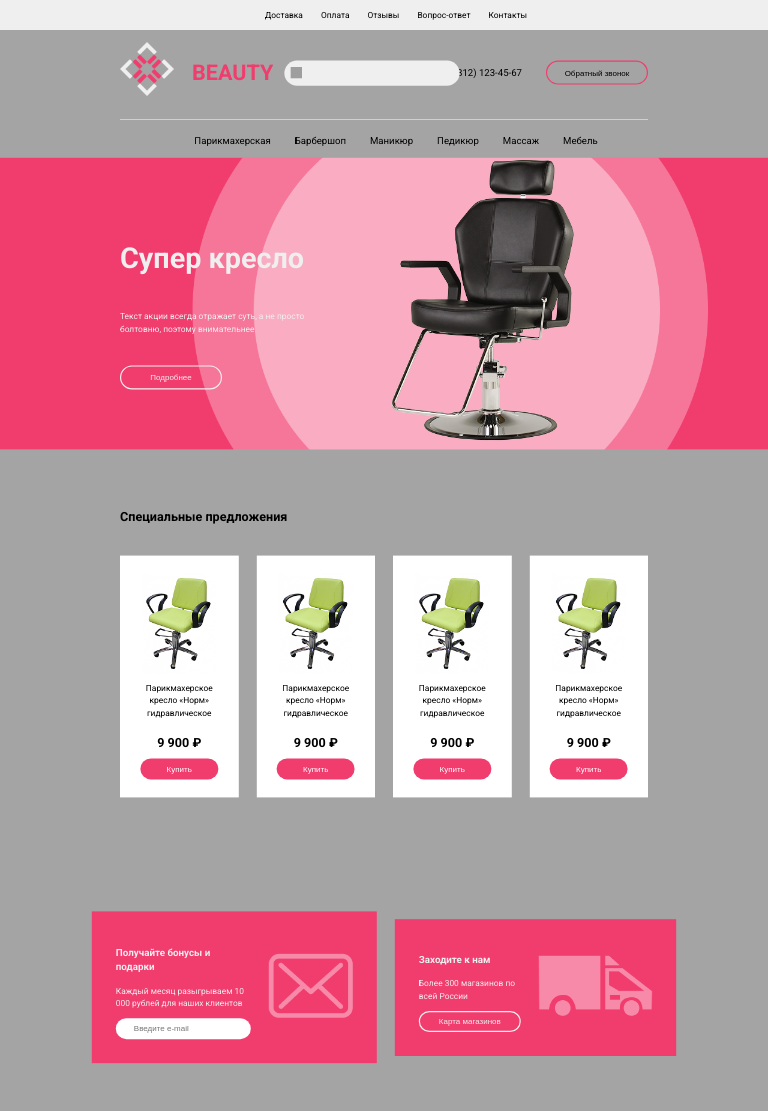
Repository: savannaaaas/verstka
Page: index.html
An editor plug-in stored every save of this project. The page is shown before and after the next save, followed by the edit.
The browser window is 1280 px wide. The pictures show the whole page, at 60% of full size.
Pictures or frames that could not be fetched are drawn as grey boxes. Some web fonts or font styles are not loaded; a fallback is used.

Above is the page before, as saved 2025-04-16 12:50:58.

### index.html
<!DOCTYPE html>
<html lang="en">
<head>
    <meta charset="UTF-8">
    <meta name="viewport" content="width=device-width, initial-scale=1.0">
    <title>Figma</title>
    <link rel="preconnect" href="https://fonts.googleapis.com">
    <link rel="preconnect" href="https://fonts.gstatic.com" crossorigin>
    <link href="https://fonts.googleapis.com/css2?family=Istok+Web:ital,wght@0,400;0,700;1,400;1,700&family=Italiana&family=Jura:wght@300..700&family=Roboto:ital,wght@0,100..900;1,100..900&display=swap" rel="stylesheet">
    <link rel="stylesheet" href="style.css">
</head>
<body>
    <div class="content">
        <div class="top-line">
            <ul>
                <li>Доставка</li>
                <li>Оплата</li>
                <li>Отзывы</li>
                <li>Вопрос-ответ</li>
                <li>Контакты</li>
            </ul>
        </div>
        <div class="second-line">
            <div class="second-line-content">
                <div class="logo">
                    <img alt="logo" src="logo.png">
                    <h1>BEAUTY</h1>
                </div>
            <div class="search">
                <input class="search">
                <img alt="search" src="search.png">
            </div>
            <div class="contact">
                <p>8 (812) 123-45-67</p>
                <button>Обратный звонок</button>
            </div>
        </div>
            <hr class="line">
            <div class="service">
                <ul>
                    <li>Парикмахерская</li>
                    <li>Барбершоп</li>
                    <li>Маникюр</li>
                    <li>Педикюр</li>
                    <li>Массаж</li>
                    <li>Мебель</li>
                </ul>
            </div>
        </div>
        <div class="sale">
            <div class="text-armchair">
                <h1>Супер кресло</h1>
                <p>Текст акции всегда отражает суть, а не просто болтовню, поэтому внимательнее</p>
                <button>Подробнее</button>
            </div>
            <img class="elipse1" alt="elipse" src="elipse1.png">
            <img class="elipse2" alt="elipse" src="ellipse2.png">
            <img class="chair" alt="chair" src="armchairs.png">
        </div>
        <div class="goods">
            <h2>Специальные предложения</h2>
            <div class="armChairsGreen">
                <div class="armchair1">
                    <img alt="armchair" src="greenArmchair.png">
                    <p class="text-greenArmchair">Парикмахерское кресло «Норм» гидравлическое</p>
                    <h3>9 900 ₽</h3>
                    <button>Купить</button>
                </div>
                <div class="armchair2">
                    <img alt="armchair" src="greenArmchair.png">
                    <p class="text-greenArmchair">Парикмахерское кресло «Норм» гидравлическое</p>
                    <h3>9 900 ₽</h3>
                    <button>Купить</button>
                </div>
                <div class="armchair3">
                    <img alt="armchair" src="greenArmchair.png">
                    <p class="text-greenArmchair">Парикмахерское кресло «Норм» гидравлическое</p>
                    <h3>9 900 ₽</h3>
                    <button>Купить</button>
                </div>
                <div class="armchair4">
                    <img alt="armchair" src="greenArmchair.png">
                    <p class="text-greenArmchair">Парикмахерское кресло «Норм» гидравлическое</p>
                    <h3>9 900 ₽</h3>
                    <button>Купить</button>
                </div>
            </div>

        </div>
        <div class="subscribe">
            <div class="subscribe1">
                <div class="bonus">
                    <h3>Получайте бонусы и подарки</h3>
                    <p>Каждый месяц разыгрываем 10 000 рублей для наших клиентов</p>
                    <input placeholder="Введите e-mail">
                </div>
                <div>
                    <img alt="envelope" src="envelope.png">
                </div>
            </div>
            <div class="subscribe2">
                <div class="bonus">
                    <h3>Заходите к нам</h3>
                    <p>Более 300 магазинов по всей России</p>
                    <button>Карта магазинов</button>
                </div>
                <div>
                    <img alt="car" src="car.png">
                </div>
            </div>
        </div>
        <div class="brands"></div>

    </div>
</body>
</html>

### style.css
body {
    min-height: 100vh;
    max-width: 1920px;
    margin: 0 auto;
    scroll-behavior: smooth;
    text-rendering: optimizeSpeed;
    line-height: 1.5;
    padding: 0;
    font-family: "Roboto", sans-serif;
    font-weight: 400;
    font-style: normal;
    font-size: 14px;
    background-color: #a5a4a4;

  }
  .top-line{
    display: flex;
    background-color: #EFEFEF;
    height: 50px;
    align-items: center;
    justify-content: center;

  }
   .top-line ul{
    display: flex;
    list-style: none;
    flex-wrap: nowrap;
    gap: 30px;
   }
   .second-line{
    display: flex;
    margin: 0 auto;
    align-items: center;
    flex-direction: column;
    padding: 0px 200px;

   }
   .second-line-content{
    width: 100%;
    height: 100%;
    display: flex;
    margin: 0 auto;
    align-items: center;
  justify-content: space-between;
  padding: 20px 0;
   }

.logo{
    display: flex;
    flex-wrap: nowrap;
    gap: 30px;
   }
.logo img{
    width: 90px;
    height: 90px;
}
 .logo h1{
    font-size: 36px;
    color: #F13C6E;
   }

   .search {
    position: relative;
    width: 250px;
    height: 40px;
  }

  .search input {
    border-radius: 40px;
    width: 100%;
    height: 100%;
    border: none;
    background-color: #EFEFEF;
    padding-left: 40px;
  }

  .search img {
    position: absolute;
    left: 10px;
    top: 50%;
    transform: translateY(-50%);
    width: 20px;
    height: 20px;
    pointer-events: none;
  }
  .contact{
    display: flex;
    gap: 40px;
    align-items: center;

  }
  .contact p{
    font-size: 16px;
  }
  .contact button{
    width: 170px;
    height: 40px;
    border: 2px solid #F13C6E;
    border-radius: 40px;
    background: transparent;
  }
hr{
    width: 100%;
    border: none;
    border-top: 1px solid #EFEFEF;
}
.service ul{
    display: flex;
    list-style: none;
    flex-wrap: nowrap;
    gap: 40px;
    font-size: 16px;
   }
   .sale{
    display: flex;
    position: relative;
    background-color: #F13C6E;
    justify-content: space-between;
    align-items: center;
    padding: 100px 200px;
    /**/
    overflow: hidden;
   }

   .elipse1 {
    position: absolute;
    right: 100px;
    top: 50%;
    transform: translateY(-50%);
    z-index: 0;
  }

  .elipse2 {
    position: absolute;
    right: 180px;
    top: 50%;
    transform: translateY(-50%);
    z-index: 1;
  }

  .chair {
    position: absolute;
    right: 180px;
    top: 50%;
    transform: translateY(-50%);
    z-index: 2;
  }

  .text-armchair {
    z-index: 3;
    max-width: 350px;
    color: #EFEFEF;
  }

   .text-armchair h1{
    font-size: 48px;
    color: #EFEFEF;
   }
   .text-armchair p{
    font-size: 14px;
    color: #EFEFEF;
    margin: 50px 0;
   }
   .text-armchair button{
    width: 170px;
    height: 40px;
   background: transparent;
   border-radius: 40px;
   border: 2px solid #EFEFEF;
   color: #EFEFEF;
   }
   .goods{
    padding: 80px 200px ;
   }
   .armChairsGreen{
   display: flex;
   justify-content: center;
   align-items: center;
   flex-direction: row;
   gap: 30px;
   padding: 30px 0px;
   }
   .armchair1, .armchair2, .armchair3, .armchair4{
    display: flex;
    justify-content: center;
    align-items: center;
    flex-direction: column;
    text-align: center;
    padding: 30px;
    background-color: #ffffff;
   }
   .armchair1 button, .armchair2 button, .armchair3 button, .armchair4 button{
   width: 130px;
   height: 35px;
   border: none;
   background-color: #F13C6E;
   color: #FFFFFF;
   border-radius: 30px;
   }
   .armchair1 h3, .armchair2 h3, .armchair3 h3, .armchair4 h3{
   font-size: 21px;
margin: 10px;
    }
    .subscribe{
        display: flex;
        padding: 80px 200px ;
        flex-direction: row;
        align-items: center;
        justify-content: center;
        gap: 30px;
    }
    .subscribe1, .subscribe2{
        display: flex;
        background-color: #F13C6E;
        padding: 40px;
        flex-direction: row;
        color: #EFEFEF;
        box-sizing: border-box;
        gap: 30px;
        align-items: center;
    }
    .bonus input{
        width: 225px;
        height: 35px;
        color: #C4C4C4;
        border: none;
        border-radius: 30px;
        padding: 0 30px;
        box-sizing: border-box;
    }
    .bonus button{
        width: 170px;
        height: 35px;
        border: 2px solid #EFEFEF;
        color: #EFEFEF;
        background-color: transparent;
        border-radius: 40px;
    }

After the next save:
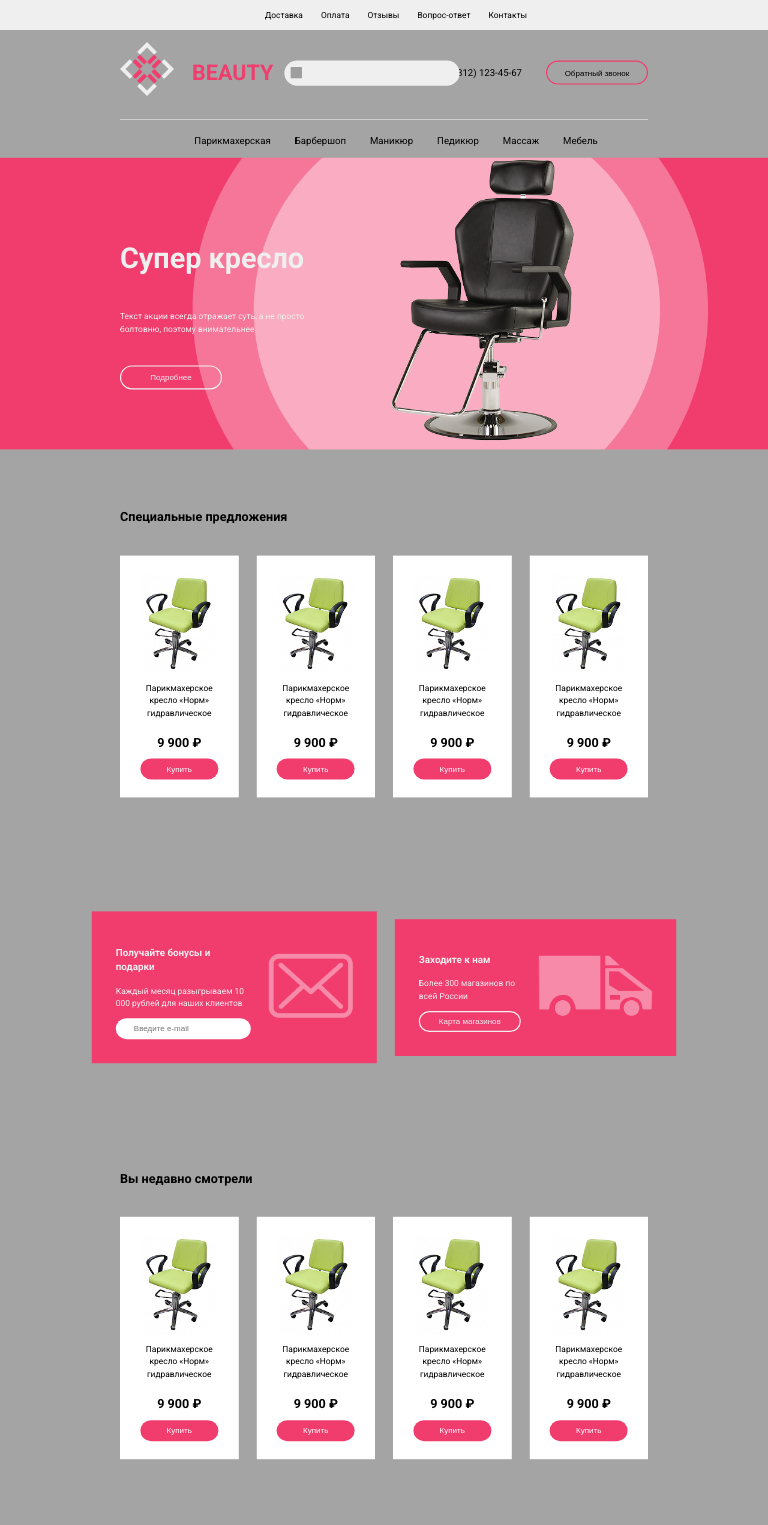
Saved 119 s later.
--- a/index.html
+++ b/index.html
@@ -109,7 +109,39 @@
                 </div>
             </div>
         </div>
-        <div class="brands"></div>
+        <div class="brands">
+
+        </div>
+        <div class="goods">
+            <h2>Вы недавно смотрели</h2>
+            <div class="armChairsGreen">
+                <div class="armchair1">
+                    <img alt="armchair" src="greenArmchair.png">
+                    <p class="text-greenArmchair">Парикмахерское кресло «Норм» гидравлическое</p>
+                    <h3>9 900 ₽</h3>
+                    <button>Купить</button>
+                </div>
+                <div class="armchair2">
+                    <img alt="armchair" src="greenArmchair.png">
+                    <p class="text-greenArmchair">Парикмахерское кресло «Норм» гидравлическое</p>
+                    <h3>9 900 ₽</h3>
+                    <button>Купить</button>
+                </div>
+                <div class="armchair3">
+                    <img alt="armchair" src="greenArmchair.png">
+                    <p class="text-greenArmchair">Парикмахерское кресло «Норм» гидравлическое</p>
+                    <h3>9 900 ₽</h3>
+                    <button>Купить</button>
+                </div>
+                <div class="armchair4">
+                    <img alt="armchair" src="greenArmchair.png">
+                    <p class="text-greenArmchair">Парикмахерское кресло «Норм» гидравлическое</p>
+                    <h3>9 900 ₽</h3>
+                    <button>Купить</button>
+                </div>
+            </div>
+
+        </div>
 
     </div>
 </body>
